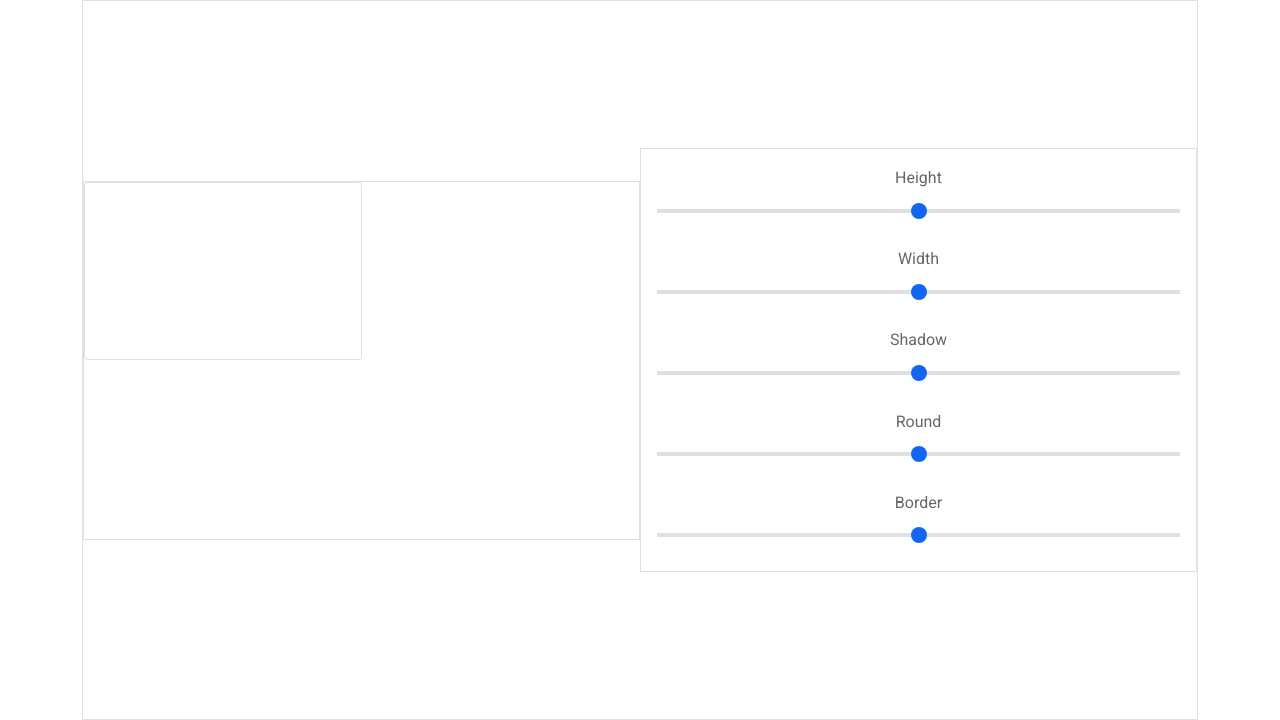
Repository: USaditya98/card-generator
Page: index.html
These files come from the project's save history. The page is drawn as it stood at one moment and after the next save; the edit follows.
The browser window is 1280 px wide. The pictures show the whole page.

Above is the page before, as saved 2021-10-20 11:19:56.

After the next save:
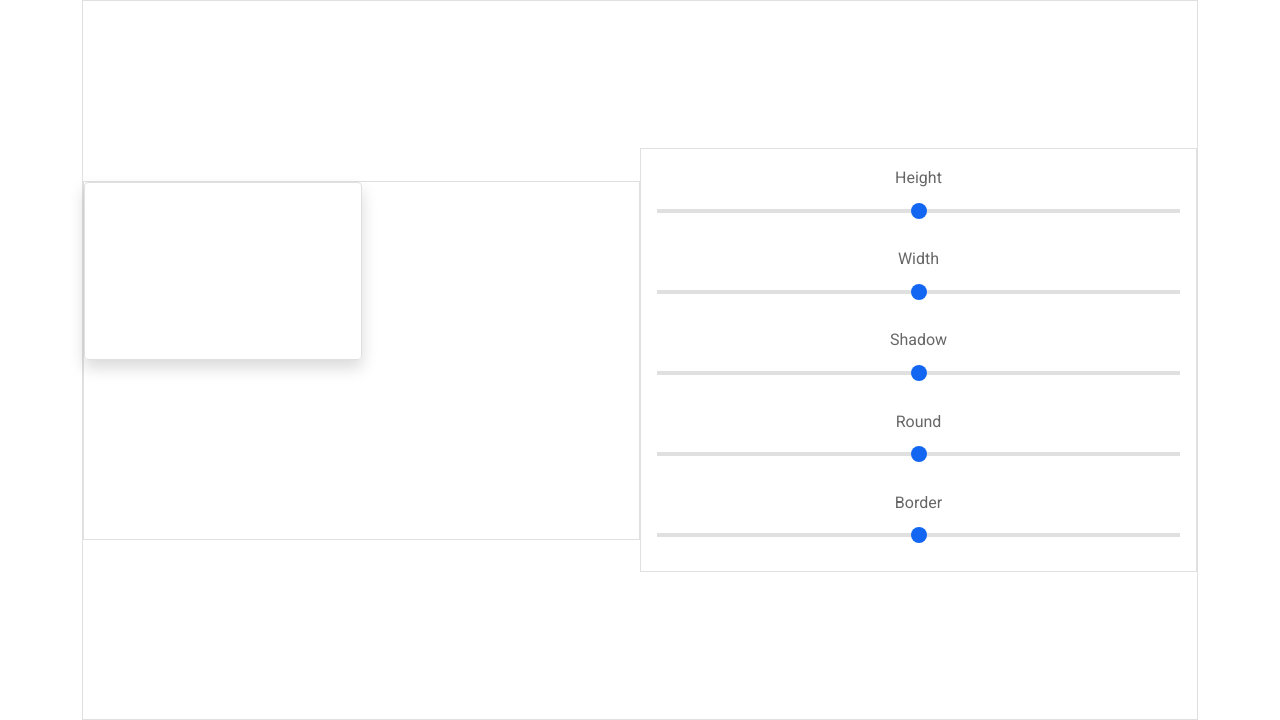
Saved 5 s later.
--- a/index.html
+++ b/index.html
@@ -22,7 +22,7 @@
     <div class="container">
       <div class="d-flex justify-content-between align-items-center text-center border" style="height: 100vh;">
             <div class="border w-50 h-50" id="create">
-                <div class="w-50 h-50 border rounded ">
+                <div class="w-50 h-50 border rounded shadow">
                 </div>
             </div>
             <div class="border w-50 ">
